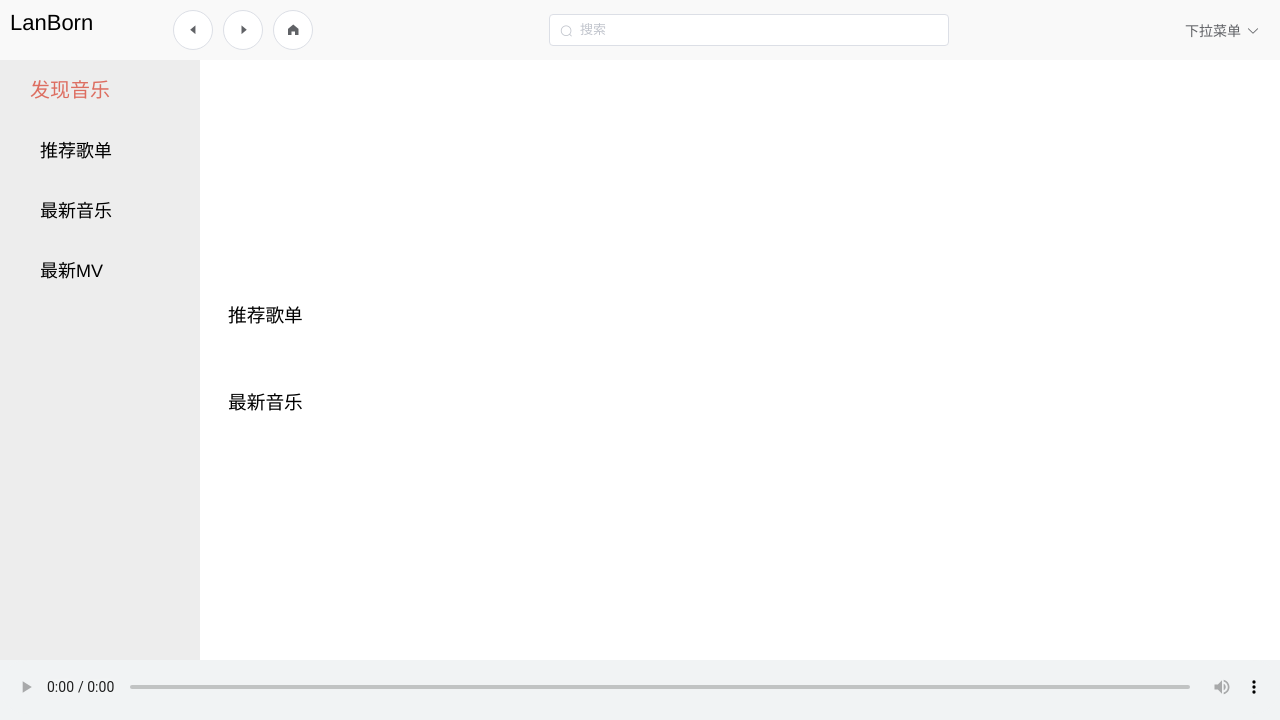
Repository: Lanborn/cloud_music
Page: /
The author's editor kept a copy of each file at every save. The page is drawn from the files as they stood at one save, then again after a run of saves.
The browser window is 1280 px wide. The pictures show the whole page.
The page's requests for data from a server got no answer. An inner scrolling area shows only its first screen. The project was rebuilt for these pictures with package versions that can differ from the ones it lists, and the page was loaded fresh each time. No one was signed in, and anything a server would have sent is missing. Also part of the build but not shown: vue.config.js, src/components/playlists.vue, src/components/songs.vue, src/components/mvs.vue, src/components/result.vue, src/components/playlist.vue, src/components/mv.vue.

Above is the page before, as saved 2021-12-11 00:30:42.

### src/views/top.vue
<template>
  <div class="top-container">
    <div class="left-box">
      <div class="icon-wrapper">
        <el-tooltip class="item" :enterable="false" effect="dark" content="去主页：lanborn.github.io/Vueprs/" placement="right">
          <!-- <img src="" alt=""> -->
          <a class="el-tooltip item" href="https://lanborn.github.io/Vueprs/">LanBorn</a>
        </el-tooltip>
      </div>
      <div class="history-wrapper">
        <el-button @click="backLast" icon="el-icon-caret-left" circle></el-button>
        <el-button @click="preForWard" icon="el-icon-caret-right" circle></el-button>
        <el-button @click="goHome" icon="el-icon-s-home" circle></el-button>
      </div>
    </div>
    <div class="center-box">
        <div class="el-input el-input--small el-input--prefix">
          <input
            type="text"
            autocomplete="on"
            placeholder="搜索"
            class="el-input__inner"
            @keyup.enter="toResult"
            v-model="inputValue"
          />
          <span class="el-input__prefix">
            <i class="el-input__icon el-icon-search"></i>
          </span>
          <ul class="list-group">
            <li v-for="(item,index) in songList" :key="index" class="list-group-item">
              <label for="songName">
                {{item.alias[0]}}
              </label>
            </li>
          </ul>
      </div>
    </div>
    <div class="right-box">
        <el-dropdown>
          <span class="el-dropdown-link">
            下拉菜单<i class="el-icon-arrow-down el-icon--right"></i>
          </span>
        </el-dropdown>
      </div>
  </div>
</template>

<script>
import axios from 'axios'
export default {
  name: 'top',
  data() {
    return {
      query: '',
      inputValue : '',
      songList : [],
      time : '',
    }
  },
  // 这个地方要实现跟百度搜索一样的功能
  // updated : {
  //   time : setTimeout(() => {
  //     axios({
  //       url : 'https://autumnfish.cn/search',
  //       withCredentials : true,
  //       methods : 'get',
  //       params : {
  //         keywords : this.inputValue,
  //         limit : 6
  //       }
  //     }).then(
  //       res => {
  //         clearContent();
  //         this.songList = res.data.result.songs
  //       }
  //     )
  //   }, 800)
  // },
  methods: {
    toResult(){
      if(!this.inputValue){
        this.$message.warning('请输入内容')
      }else{
        // 跳转到搜索页并携带数据进行跳转
        this.$router.push('/result?q='+this.inputValue)
      }
    },
    backLast(){
      this.$router.back()
    },
    preForWard(){
      this.$router.forward()
    },
    goHome(){
      this.$router.push({
        name:'discovery'
      })
    }
  },
}
</script>

<style scoped>
.top-container {
  padding: 0;
  padding-right: 20px;
  display: flex;
  justify-content: space-between;
  align-items: center;
}
.center-box {
  flex-basis: 400px;
}
.left-box {
  position: relative;
  text-align: center;
}
.left-box a {
  margin-left: 10px;
  font-size: 22px;
  color: black;
}

</style>

### src/views/index.vue
<template>
  <div class="index-container">
    <!-- 左侧导航区 -->
    <div class="nav">
      <ul>
        <li>
          <routerLink to="/discovery">
            <span class="iconfont icon-find-music">发现音乐</span>
          </routerLink>
        </li>
        <li>
          <router-link to="/playlists">
            <span class="iconfont icon-music-list"></span>
            推荐歌单
          </router-link>
        </li>
        <li>
          <router-link to="/songs">
            <span class="iconfont icon-music"></span>
            最新音乐
          </router-link>
        </li>
        <li>
          <router-link to="/mvs">
            <span class="iconfont icon-mv"></span>
            最新MV
          </router-link>
        </li>
      </ul>
    </div>
    <!-- 主体区域 -->
    <div class="main">
      <router-view></router-view>
    </div>
    <!-- 播放标签 -->
    <div class="player">
      <!-- autoplay 自动播放 -->
      <audio crossOrigin="anonymous" :src="musicUrl" controls autoplay></audio>
    </div>
  </div>
</template>

<script>

export default {
  name: 'index',
  data() {
    return {
      musicUrl:""
    };
  },
  methods: {
    getUrl(data){
      console.log(data)
      this.$nextTick(function () {
        this.musicUrl = data
      });
    }
  },
  mounted(){
    this.$bus.$on('getYy',this.getUrl)
  },
}
</script>

<style>
</style>

### src/components/discovery.vue
<template>
  <div class="discovery-container">
    <!-- 轮播图 -->
    <el-carousel class="" :interval="4000" type="card">
      <!-- 循环获取到的接口数据 -->
      <el-carousel-item v-for="(item, index) in banners" :key="index">
        <img :src="item.imageUrl" alt="" />
      </el-carousel-item>
    </el-carousel>
    <!-- 推荐歌单 -->
    <div class="recommend">
      <h3 class="title">
        推荐歌单
      </h3>
      <div class="items">
        <div class="item" v-for="(item, index) in list" :key="index" @click="toPlayList(item.id)">
          <router-link to="/playlist">
                  <div class="img-wrap">
                    <div class="desc-wrap">
                      <span class="desc">{{ item.copywriter }}</span>
                    </div>
                    <img :src="item.picUrl" alt="" />
                    <span class="iconfont icon-play"></span>
                    <router-link to="/playlist"></router-link>
                  </div>
          </router-link>
          <p class="name">{{ item.name }}</p>
        </div>
      </div>
    </div>
    <!-- 最新音乐 -->
    <div class="news">
      <h3 class="title">
        最新音乐
      </h3>
      <div class="items">
        <div class="item" v-for="(item, index) in songs" :key="index">
          <div class="img-wrap">
            <!-- 封面 -->
            <img :src="item.picUrl" alt="" />
            <span @click="playMusic(item.id)" class="iconfont icon-play"></span>
          </div>
          <div class="song-wrap">
            <!-- 歌名 -->
            <div class="song-name">{{ item.name }}</div>
            <!-- 歌手名 -->
            <div class="singer">{{ item.song.artists[0].name }}</div>
          </div>
        </div>
      </div>
    </div>
    <!-- 推荐MV -->
    <div class="mvs">
      <h3 class="title">推荐MV</h3>
      <div class="items">
        <div class="item" @click="toMV(item.id)" v-for="(item,index) in mvs" :key="index">
          <div class="img-wrap">
            <img :src="item.picUrl" alt="" />
            <span class="iconfont icon-play"></span>
            <div class="num-wrap">
              <div class="iconfont icon-play"></div>
              <!-- 播放次数 -->
              <div class="num">{{ item.playCount }}</div>
            </div>
          </div>
          <div class="info-wrap">
            <!-- mv名 -->
            <div class="name">{{ item.name }}</div>
            <!-- 歌手名 -->
            <div class="singer">{{ item.artistName }}</div>
          </div>
        </div>
      </div>
    </div>
  </div>
</template>

<script>
  // 导入 axios
  import axios from 'axios'
  export default {
    name: 'discovery',
    data() {
      return {
        // 轮播图
        banners: [],
        // 推荐歌单
        list: [],
        // 最新音乐
        songs: [],
        // 推荐mv
        mvs:[]
      }
    },
    created() {
      // console.log('created')
      // 轮播图接口
      axios({
        url: 'https://autumnfish.cn/banner',
        // withCredentials: true, //关键
        method: 'get'
      }).then(res => {
        // console.log(res)
        this.banners = res.data.banners
      })

      // 推荐歌单
      axios({
        url: 'https://netease-cloud-music-api-blond-iota.vercel.app/personalized',
        // url : '/personalized',
        withCredentials: true,
        method: 'get',
        params: {
          // 获取的数据量
          limit: 10
        }
      }).then(res => {
        console.log('推荐歌单')
        console.log(res)
        this.list = res.data.result
      })

      // 最新音乐
      axios({
        url: 'https://autumnfish.cn/personalized/newsong',
        params : {
          limit : 10
        },
        method: 'get'
      }).then(res => {
        // console.log(res)
        this.songs = res.data.result
      })

      // 最新mv
      axios({
        url: 'https://autumnfish.cn/personalized/mv',
        method: 'get'
      }).then(res => {
        // console.log(res)
        this.mvs = res.data.result
      })
    },
    methods: {
      playMusic(id) {
        // console.log(id)
        axios({
          // url : 'https://netease-cloud-music-api-blond-iota.vercel.app/song/url',
          url: '/song/url',
          // withCredentials: true, //关键
          method: 'get',
          params: {
            id
          }
        }).then(res => {
          console.log(res)
          // console.log(this.$parent)
          let url = res.data.data[0].url
          console.log(url)
          this.$bus.$emit('getYy', url);

          // this.$parent.musicUrl = url

        },err=>{
          console.log(err)
        })
      },
      toPlayList(id) {
        console.log(id)
        this.$router.push(`/playlist?q=${id}`)
      },
      toMV(id){
        console.log(id)
        this.$router.push(`/mv??q=${id}`)
      }
    }
  }
</script>

<style lang="less" scoped>

</style>

Loaded but not shown: public/index.html (common file); src/main.js (common file); src/App.vue (common file); src/router/index.js (63 lines, source omitted); src/assets/index.css (1393 lines, source omitted)

After the next 3 saves:
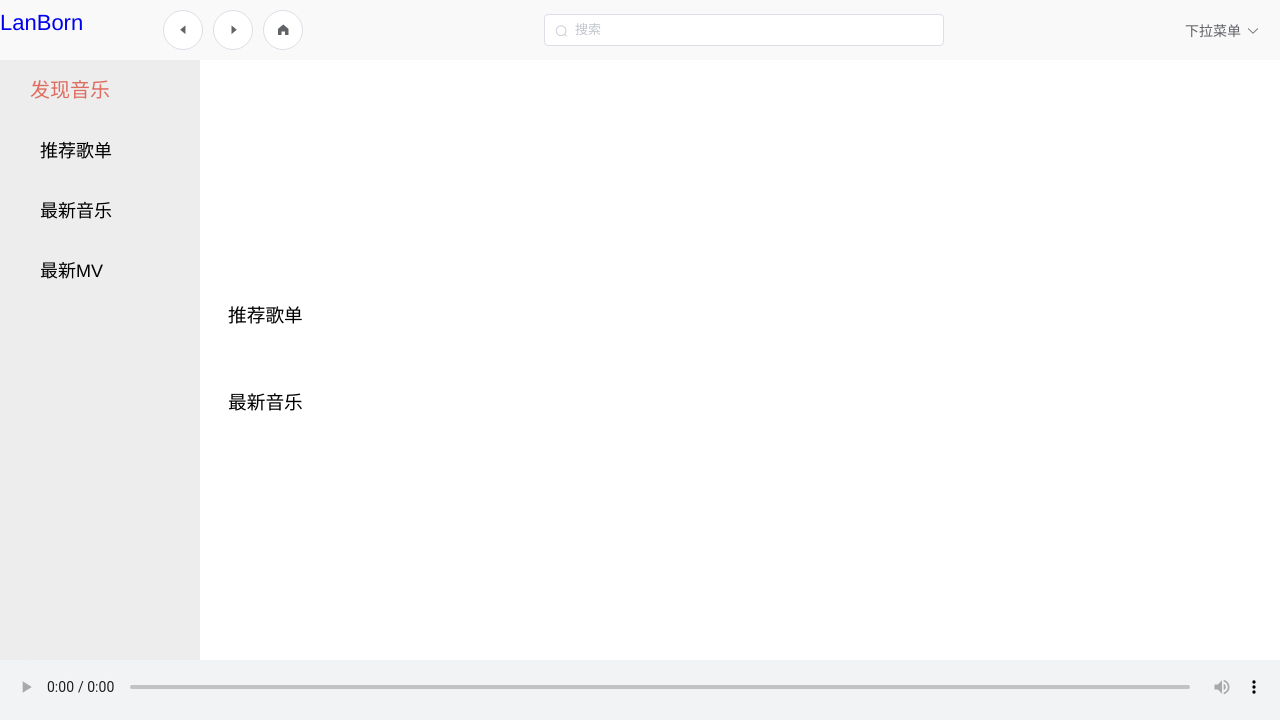
The 3 saves are shown as one change because they came seconds apart.
The last was saved 25 s later.
--- a/src/views/top.vue
+++ b/src/views/top.vue
@@ -114,11 +114,13 @@ export default {
 .left-box {
   position: relative;
   text-align: center;
+  font-size: 22px;
+  color: black;
 }
-.left-box a {
+/* .left-box a {
   margin-left: 10px;
   font-size: 22px;
   color: black;
-}
+} */
 
 </style>
